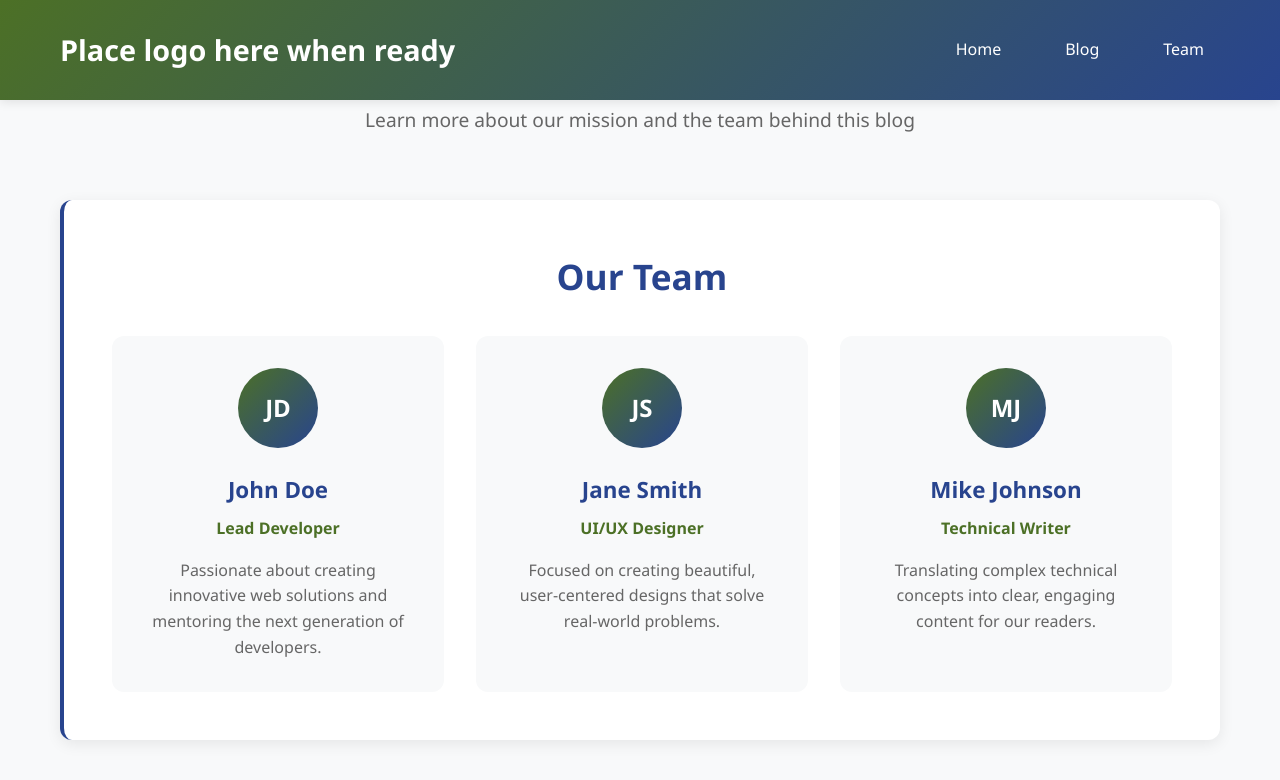
Repository: Bcit-sandy/TandemBlog
Page: /about
These files come from the project's save history. The page is drawn as it stood at one moment and after the next save; the edit follows.
The browser window is 1280 px wide. The pictures show the whole page.
The project was rebuilt for these pictures with package versions that can differ from the ones it lists, and the page was loaded fresh each time. Also part of the build but not shown: vite.config.js, src/pages/Home.css, src/pages/Blog.css, src/pages/Blog.jsx, src/pages/Home.jsx, src/pages/BlogPost.css, src/pages/BlogPost.jsx.

Above is the page before, as saved 2025-10-13 16:21:30.

After the next save:
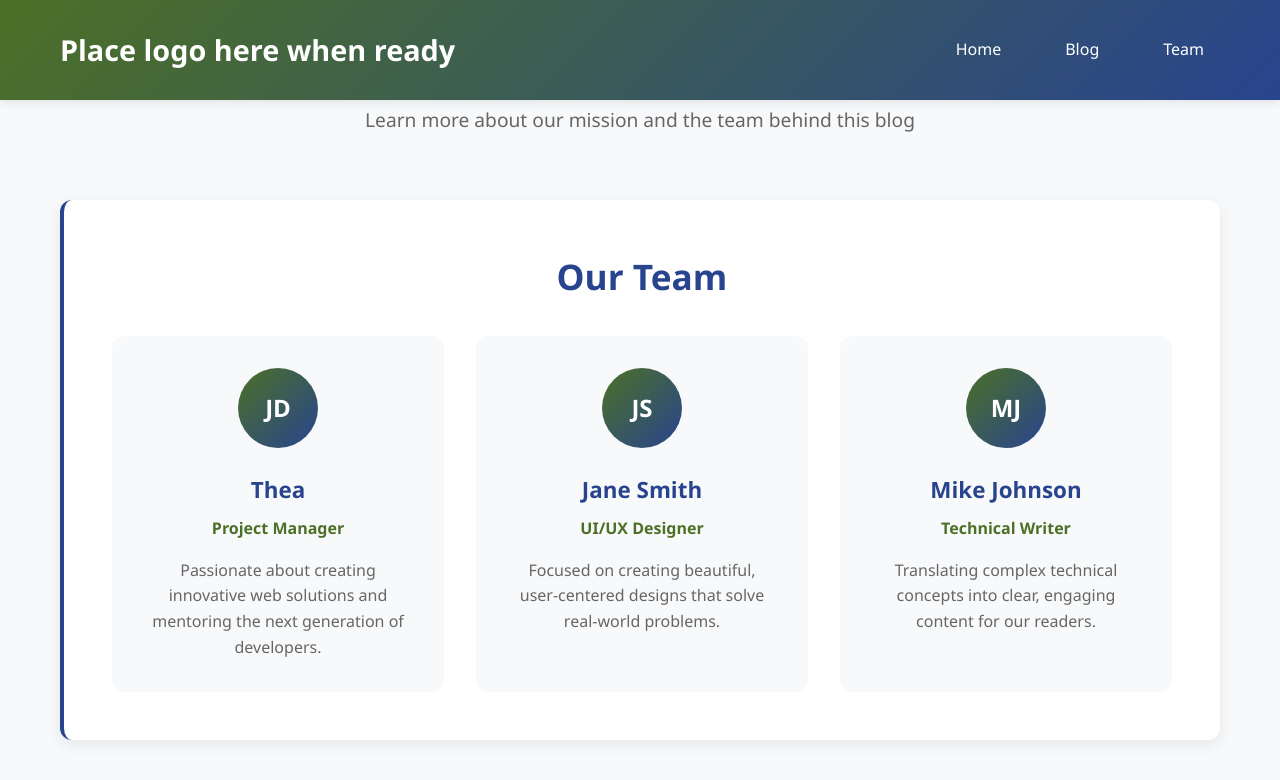
Saved 3 min 9 s later.
--- a/src/data/team.json
+++ b/src/data/team.json
@@ -1,8 +1,8 @@
 [
   {
     "id": 1,
-    "name": "John Doe",
-    "role": "Lead Developer",
+    "name": "Thea",
+    "role": "Project Manager",
     "initials": "JD",
     "bio": "Passionate about creating innovative web solutions and mentoring the next generation of developers.",
     "avatar": "JD"
